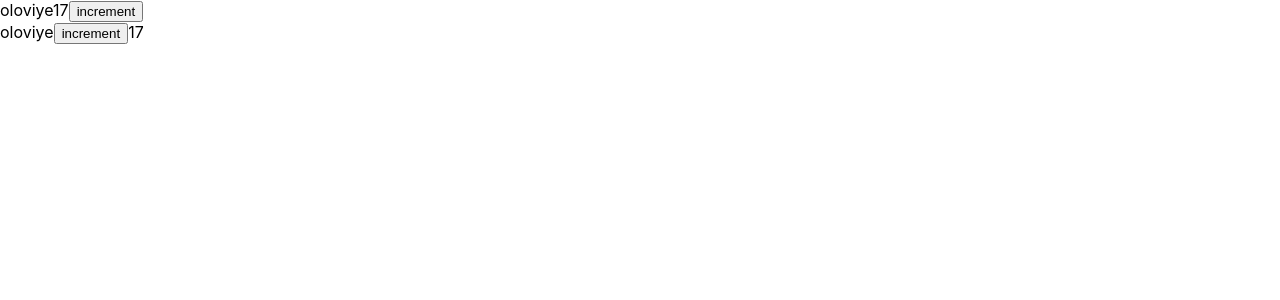
Repository: Farbod29/Simple-React-context-github
Page: /
An editor plug-in stored every save of this project. The page is shown before and after the next save, followed by the edit.
The browser window is 1280 px wide. The pictures show the whole page.
The project was rebuilt for these pictures with package versions that can differ from the ones it lists, and the page was loaded fresh each time.

Above is the page before, as saved 2021-02-25 22:32:06.

### src/App.js
import React from "react";
//import logo from "./logo.svg";
import abAnarContext from "./context.js";
//import ReactContext from "./CheraghBargh";
import CheraghBargh from "./CheraghBargh";
import { contextDefaultValues } from "./values.js";
import DasteBil from "./DasteBil.js";

function App() {
  const [data, setData] = React.useState(contextDefaultValues);

  const handelIncrement = (prevValues) => {
    let newAge = prevValues.age + 1;
    setData({ ...prevValues, age: newAge });
  };

  return (
    <abAnarContext.Provider
      value={{
        ...data,
        ageIncrementer: handelIncrement,
      }}
    >
      <CheraghBargh />
      <DasteBil />
    </abAnarContext.Provider>
  );
}

export default App;

### src/context.js
import React from "react";
import { contextDefaultValues } from "./values.js";
//import "./App.css";
//import ReactContext from "./ReactContext";

const abAnarContext = React.createContext(contextDefaultValues);

export default abAnarContext;

### src/CheraghBargh.js
import MiveJatInstance from "./MiveJat";
function CheraghBargh() {
  return (
    <div>
      <MiveJatInstance />
    </div>
  );
}
export default CheraghBargh;

### src/values.js
export const contextDefaultValues = { name: "oloviye", age: 17 };

### src/DasteBil.js
import React from "react";
import abAnarContext from "./context.js";

function DasteBil() {
  const consumer = React.useContext(abAnarContext);
  let [sosis1, setSosis1] = React.useState(consumer.age);

  // sosis = consumer.age;
  // const ageIncrementer2 = () => {
  //   sosis++;
  // };

  const ageIncrementer2 = () => {
    setSosis1(++sosis1);
  };

  return (
    <div>
      {consumer.name}
      <button onClick={() => ageIncrementer2()}> increment </button>
      {sosis1}
    </div>
  );
}

export default DasteBil;

### src/MiveJat.js
import React from "react";
import abAnarContext from "./context.js";

function MiveJat() {
  const consumer = React.useContext(abAnarContext);
  let sosis = consumer.age;
  console.log(consumer);

  // const incrementAge = () => {
  //   sosis = sosis + 1;
  //   console.log(sosis);
  // };
  return (
    <div>
      {consumer.name}
      {sosis}
      <button onClick={() => consumer.ageIncrementer(consumer)}>
        {" "}
        increment{" "}
      </button>
    </div>
  );
}

export default MiveJat;

Loaded but not shown: public/index.html (common file); src/index.js (common file); src/index.css (common file); src/reportWebVitals.js (common file)

After the next save:
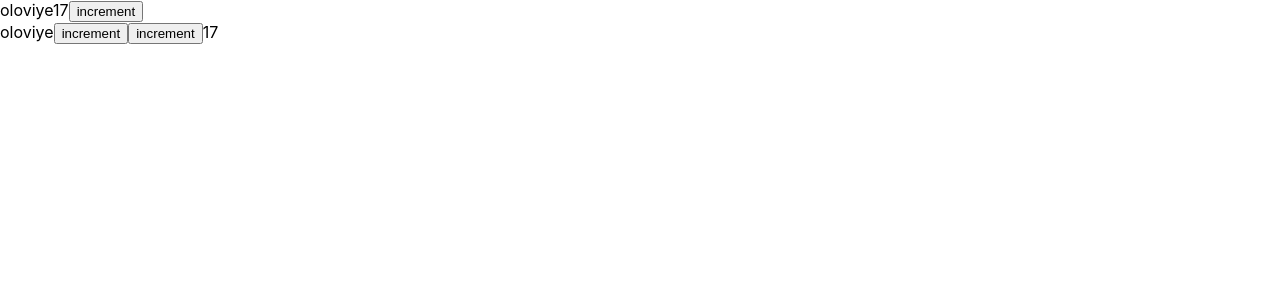
Saved 87 s later.
--- a/src/DasteBil.js
+++ b/src/DasteBil.js
@@ -11,13 +11,18 @@
   // };
 
   const ageIncrementer2 = () => {
-    setSosis1(++sosis1);
+    setSosis1(sosis1 + 1);
+  };
+
+  const ageIncrementer3 = () => {
+    sosis1 = sosis1 + 1;
   };
 
   return (
     <div>
       {consumer.name}
       <button onClick={() => ageIncrementer2()}> increment </button>
+      <button onClick={() => ageIncrementer3()}> increment </button>
       {sosis1}
     </div>
   );

After the 5 saves that followed:
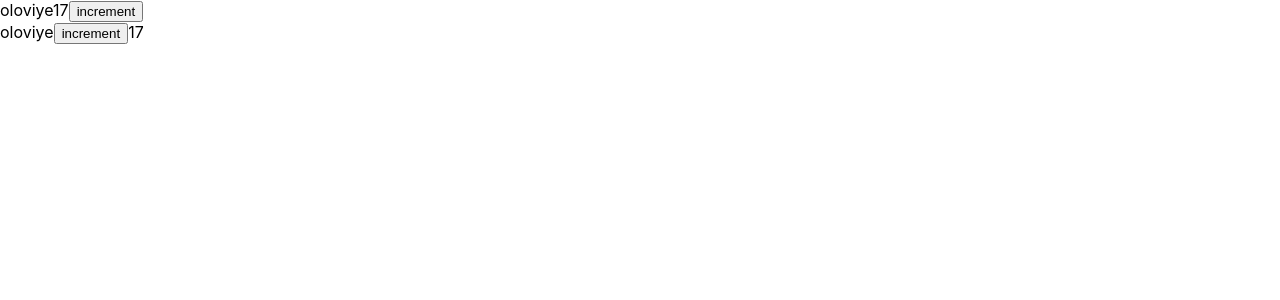
The 5 saves are shown as one change because 2 did not build or start and 2 left the picture as it was.
The last was saved 3 min 1 s later.
--- a/src/DasteBil.js
+++ b/src/DasteBil.js
@@ -3,7 +3,7 @@
 
 function DasteBil() {
   const consumer = React.useContext(abAnarContext);
-  let [sosis1, setSosis1] = React.useState(consumer.age);
+  const [sosis1, setSosis1] = React.useState(consumer.age);
 
   // sosis = consumer.age;
   // const ageIncrementer2 = () => {
@@ -14,15 +14,10 @@
     setSosis1(sosis1 + 1);
   };
 
-  const ageIncrementer3 = () => {
-    sosis1 = sosis1 + 1;
-  };
-
   return (
     <div>
       {consumer.name}
       <button onClick={() => ageIncrementer2()}> increment </button>
-      <button onClick={() => ageIncrementer3()}> increment </button>
       {sosis1}
     </div>
   );
